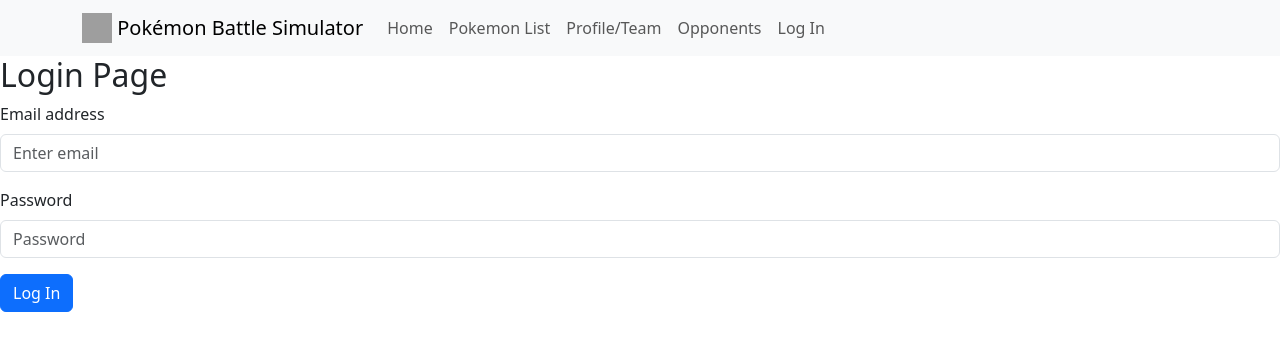
Repository: chsbca/Pokemon-Battle-Simulator
Page: /login (app in front-end/)
An editor plug-in stored every save of this project. The page is shown before and after the next save, followed by the edit.
The browser window is 1280 px wide. The pictures show the whole page.
Pictures or frames that could not be fetched are drawn as grey boxes. The project was rebuilt for these pictures with package versions that can differ from the ones it lists, and the page was loaded fresh each time. Also part of the build but not shown: front-end/vite.config.js, front-end/src/components/ProtectedRoute.jsx, front-end/src/pages/HomePage.jsx, front-end/src/fetching/PokemonFetch.jsx, front-end/src/pages/PokemonListPage.jsx, front-end/src/pages/ProfilePage.jsx, front-end/src/pages/OpponentsPage.jsx.

Above is the page before, as saved 2024-04-11 18:11:43.

After the next save:
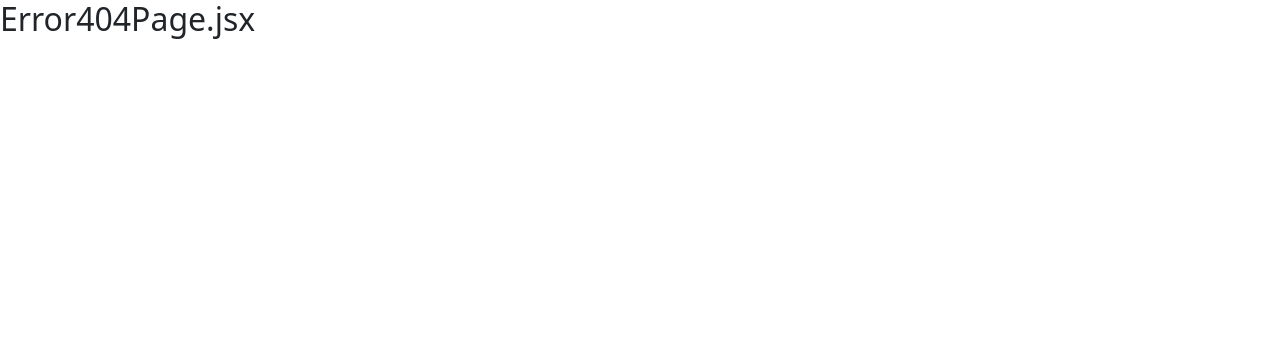
Console error (its wording comes from the project's code and is left out).
Saved 81 s later.
--- a/front-end/src/pages/LoginPage.jsx
+++ b/front-end/src/pages/LoginPage.jsx
@@ -63,45 +63,3 @@
 // }
 
 // export default LoginPage;
-
-
-import React, { useState } from 'react';
-import Button from "react-bootstrap/Button";
-import Form from "react-bootstrap/Form";
-
-function LoginPage() {
-    const [email, setEmail] = useState('');
-    const [password, setPassword] = useState('');
-
-    return (
-        <div>
-            <h2>Login Page</h2>
-            <Form>
-                <Form.Group className="mb-3" controlId="formBasicEmail">
-                    <Form.Label>Email address</Form.Label>
-                    <Form.Control
-                        type="email"
-                        placeholder="Enter email"
-                        value={email}
-                        onChange={(e) => setEmail(e.target.value)}
-                    />
-                </Form.Group>
-
-                <Form.Group className="mb-3" controlId="formBasicPassword">
-                    <Form.Label>Password</Form.Label>
-                    <Form.Control
-                        type="password"
-                        placeholder="Password"
-                        value={password}
-                        onChange={(e) => setPassword(e.target.value)}
-                    />
-                </Form.Group>
-                <Button variant="primary" type="submit">
-                    Log In
-                </Button>
-            </Form>
-        </div>
-    );
-}
-
-export default LoginPage;

After the 2 saves that followed:
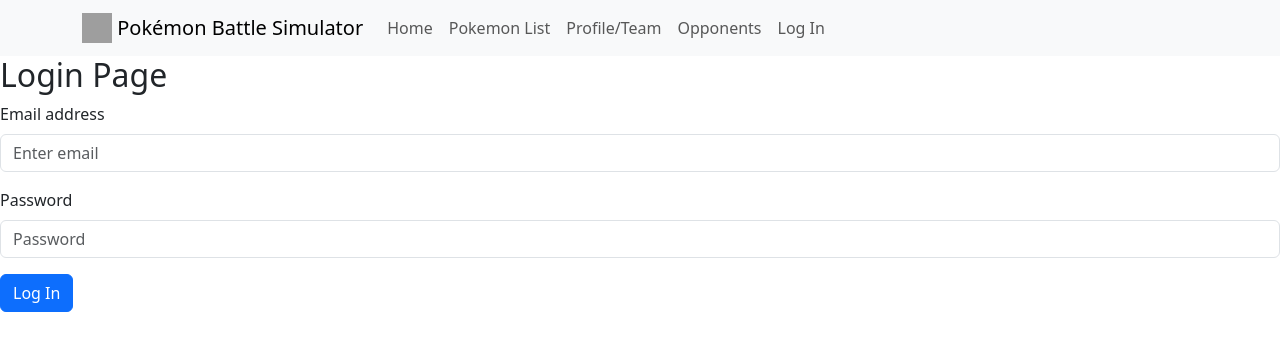
The error is gone.
The 2 saves are shown as one change because 1 left the picture as it was.
The last was saved 84 s later.
--- a/front-end/src/pages/LoginPage.jsx
+++ b/front-end/src/pages/LoginPage.jsx
@@ -63,3 +63,45 @@
 // }
 
 // export default LoginPage;
+
+
+import React, { useState } from 'react';
+import Button from "react-bootstrap/Button";
+import Form from "react-bootstrap/Form";
+
+function LoginPage() {
+    const [email, setEmail] = useState('');
+    const [password, setPassword] = useState('');
+
+    return (
+        <div>
+            <h2>Login Page</h2>
+            <Form>
+                <Form.Group className="mb-3" controlId="formBasicEmail">
+                    <Form.Label>Email address</Form.Label>
+                    <Form.Control
+                        type="email"
+                        placeholder="Enter email"
+                        value={email}
+                        onChange={(e) => setEmail(e.target.value)}
+                    />
+                </Form.Group>
+
+                <Form.Group className="mb-3" controlId="formBasicPassword">
+                    <Form.Label>Password</Form.Label>
+                    <Form.Control
+                        type="password"
+                        placeholder="Password"
+                        value={password}
+                        onChange={(e) => setPassword(e.target.value)}
+                    />
+                </Form.Group>
+                <Button variant="primary" type="submit">
+                    Log In
+                </Button>
+            </Form>
+        </div>
+    );
+}
+
+export default LoginPage;
